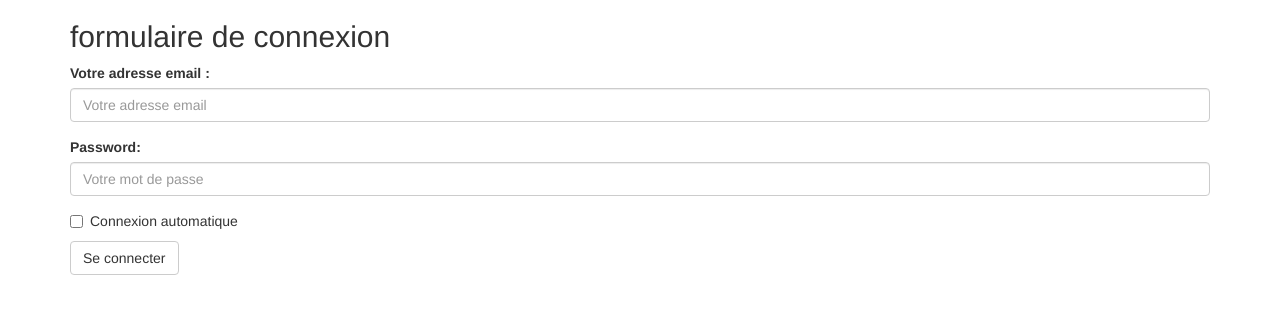
Repository: lemzoo/formation_Java8
Page: EspaceMembre/srcHTML/formulaireConnexion.html
These files come from the project's save history. The page is drawn as it stood at one moment and after the next save; the edit follows.
The browser window is 1280 px wide. The pictures show the whole page.

Above is the page before, as saved 2016-06-10 11:11:39.

### EspaceMembre/srcHTML/formulaireConnexion.html
<!DOCTYPE html>
<html lang="en">
<head>
  <title>Bootstrap Example</title>
  <meta charset="utf-8">
  <meta name="viewport" content="width=device-width, initial-scale=1">
  <link rel="stylesheet" href="http://maxcdn.bootstrapcdn.com/bootstrap/3.3.6/css/bootstrap.min.css">
  <script src="https://ajax.googleapis.com/ajax/libs/jquery/1.12.2/jquery.min.js"></script>
  <script src="http://maxcdn.bootstrapcdn.com/bootstrap/3.3.6/js/bootstrap.min.js"></script>
</head>
<body>

<div class="container">
  <h2>formulaire de connexion</h2>
  <form role="form">
    <div class="form-group">
      <label for="emailSaisi">Votre adresse email :</label>
      <input type="email" class="form-control" name="emailSaisi" placeholder="Votre adresse email">
    </div>
    <div class="form-group">
      <label for="passwordSaisi">Password:</label>
      <input type="password" class="form-control" name="passwordSaisi" placeholder="Votre mot de passe">
    </div>
    <div class="checkbox">
      <label><input type="checkbox"> Connexion automatique</label>
    </div>
    <button type="submit" class="btn btn-default">Se connecter</button>
  </form>
</div>

</body>
</html>

After the next save:
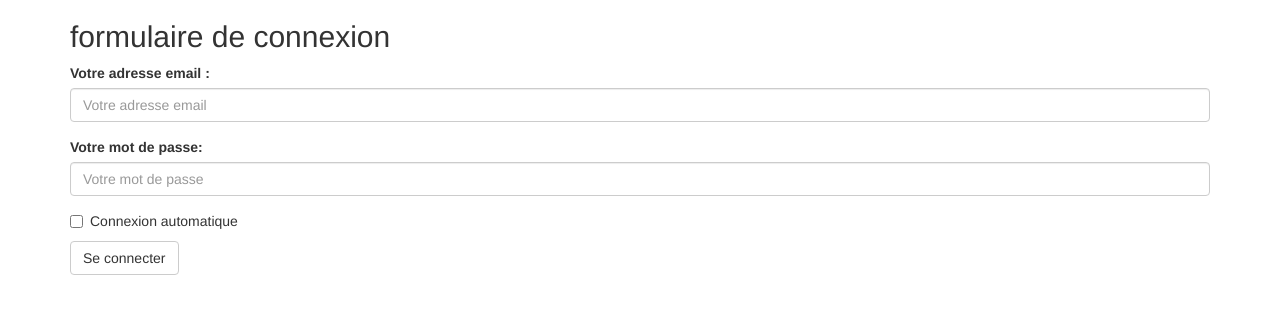
Saved 19 s later.
--- a/EspaceMembre/srcHTML/formulaireConnexion.html
+++ b/EspaceMembre/srcHTML/formulaireConnexion.html
@@ -18,7 +18,7 @@
       <input type="email" class="form-control" name="emailSaisi" placeholder="Votre adresse email">
     </div>
     <div class="form-group">
-      <label for="passwordSaisi">Password:</label>
+      <label for="passwordSaisi">Votre mot de passe:</label>
       <input type="password" class="form-control" name="passwordSaisi" placeholder="Votre mot de passe">
     </div>
     <div class="checkbox">
